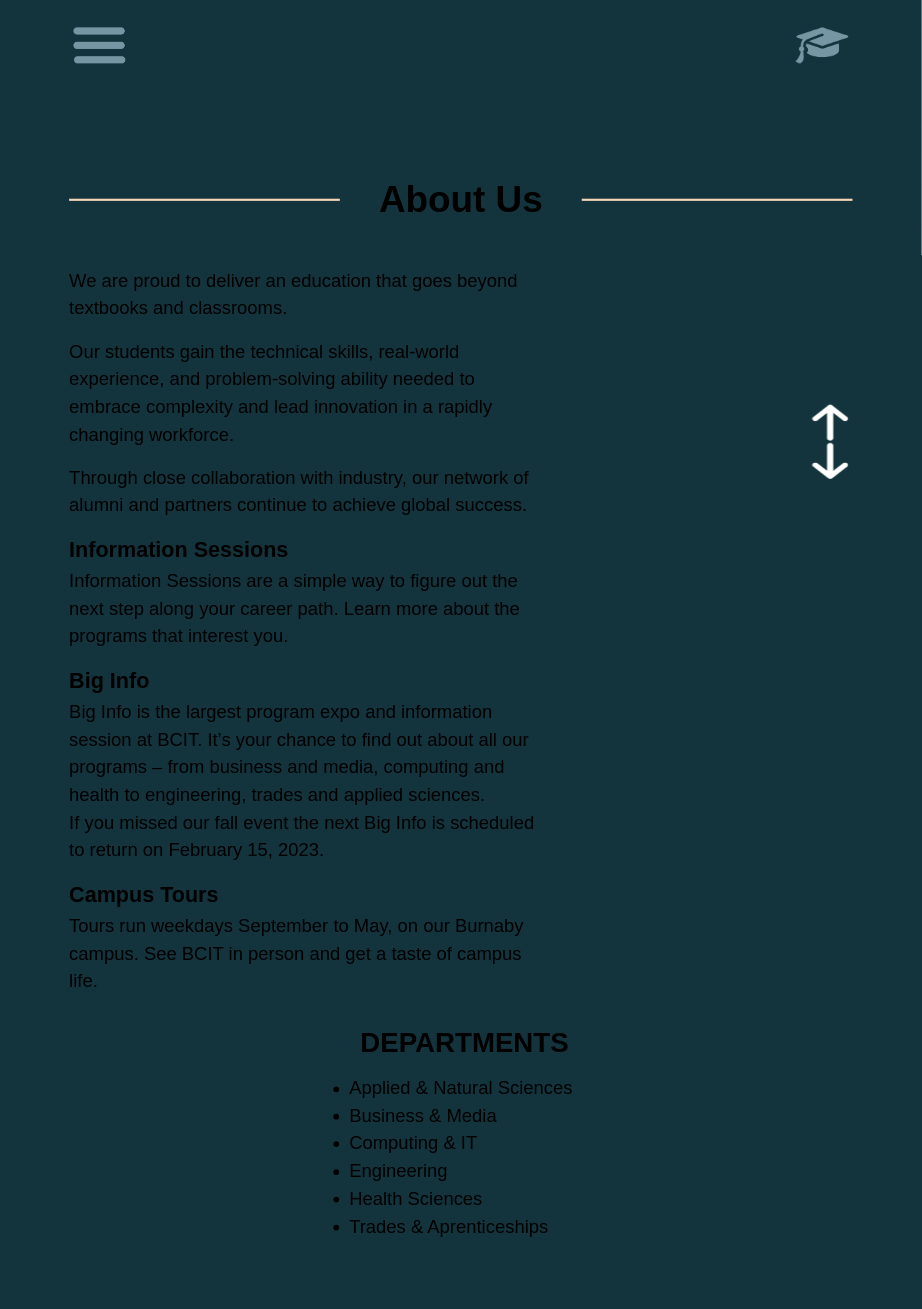
Repository: Kinakopan/playwright_bcit
Page: /about
These files come from the project's save history. The page is drawn as it stood at one moment and after the next save; the edit follows.
The browser window is 1280 px wide. The pictures show the whole page, at 72% of full size.
Some web fonts or font styles are not loaded; a fallback is used. The project was rebuilt for these pictures with package versions that can differ from the ones it lists, and the page was loaded fresh each time. The framework's server and built-in components were replaced by stand-ins that run in the browser. Also part of the build but not shown: next.config.js.

Above is the page before, as saved 2023-01-28 11:06:57.

After the next save:
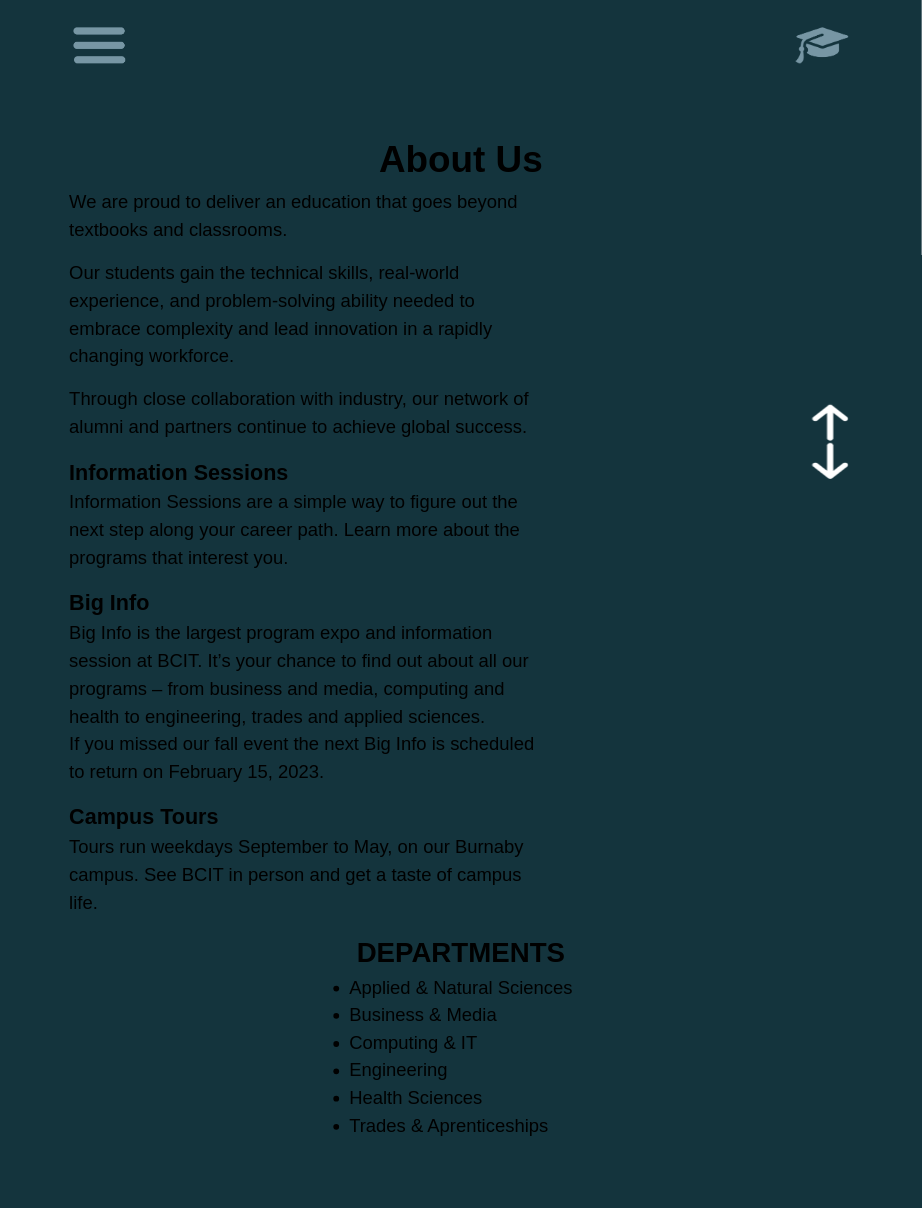
Saved 3 min 12 s later.
--- a/pages/about.js
+++ b/pages/about.js
@@ -32,11 +32,12 @@
           {/* Main contents under nav bar */}
           <main className={styles.main}>
 
-          <div className={styles.cont_main}>
-            <h1 className={styles.text_heading1}>
-              About Us
-            </h1>
+          {/* About Us */}
+          <h1 className={styles.text_heading}>
+            About Us
+          </h1>
 
+          <div className={styles.cont_section}>
             <p className={styles.text_body}>
               We are proud to deliver an education that goes beyond textbooks and classrooms.
             </p>
@@ -76,10 +77,12 @@
             </p>
           </div>
 
-          <div className={styles.cont_main}>
-            <h2 className={styles.text_heading1}>
-              DEPARTMENTS
-            </h2>
+          {/* DEPARTMENTS */}
+          <h2 className={styles.text_heading}>
+            DEPARTMENTS
+          </h2>
+
+          <div className={styles.cont_section}>
 
             <ul>
               <li>
